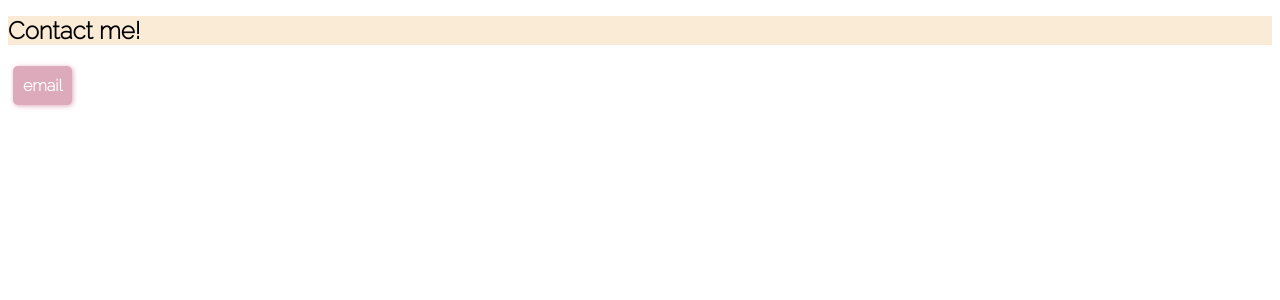
Repository: semileeBCIT/MDIA2109Tut4
Page: /Contact
The author's editor kept a copy of each file at every save. The page is drawn from the files as they stood at one save, then again after the next save.
The browser window is 1280 px wide. The pictures show the whole page.
The project was rebuilt for these pictures with package versions that can differ from the ones it lists, and the page was loaded fresh each time. The framework's server and built-in components were replaced by stand-ins that run in the browser. Also part of the build but not shown: next.config.js.

Above is the page before, as saved 2020-04-21 22:00:54.

### pages/_app.js
// import App from 'next/app'
import './app.css';

function MyApp({ Component, pageProps }) {
    return <Component {...pageProps} />
  }

  // Only uncomment this method if you have blocking data requirements for
  // every single page in your application. This disables the ability to
  // perform automatic static optimization, causing every page in your app to
  // be server-side rendered.
  //
  // MyApp.getInitialProps = async (appContext) => {
  //   // calls page's `getInitialProps` and fills `appProps.pageProps`
  //   const appProps = await App.getInitialProps(appContext);
  //
  //   return { ...appProps }
  // }

  export default MyApp

### pages/_document.js
import Document, { Html, Head, Main, NextScript } from 'next/document';

class MyDocument extends Document {
  static async getInitialProps(ctx) {
    const initialProps = await Document.getInitialProps(ctx)
    return { ...initialProps }
  }

  render() {
    return (
      <Html>
        <Head />
        <body>
          <link href="https://fonts.googleapis.com/css2?family=Raleway:wght@200&display=swap" rel="stylesheet"></link>
          <Main />
          <NextScript />
        </body>
      </Html>
    )
  }
}

export default MyDocument

### pages/Contact/index.js
import {useState, useEffect} from 'react';
import CustomButton from '../../comps/CustomButton';
import Header from '../../comps/Header';
import './contact.css';

var index = 0;
const headers_arr = [
    "Thanks for Contacting Me!",
    "Goodbye",
    "Let me know if you have other questions"
    /*{
        text:"dafda",
        img:"http//img.jpg"
    }*/
]

const Contact = () => {

    //step 1 - create the state variable and the function to update it, and put a default inside
    const [header_text, setHeader] = useState("Contact me!");
    //const [img_url, setImg] = useState("");
    const [pageleft, setLeft] = useState("-100%");
    // const [index, setIndex] = useState(0);

    useEffect(()=>{
        //what to do when it's created/born/beginning of the life cycle
        setTimeout(()=>{
            // document.querySelector("#contact").style.left = 0;
            setLeft(0);
        }, 50)

    }, []);

    useEffect(()=>{
        //what to do when it's created/born/beginning of the life cycle
    },[]);

    useEffect(()=>{
        //what to do something in the page/component updates
        //alert("Hi! Header text has changed")
        setLeft(20);
        setTimeout(()=>{
            setLeft(0);
        }, 500)
    },[header_text]);

    //step 2 - connect the state variable to the UI
    return <div id="contact" style={{left:pageleft}}>
    <Header text={header_text} fontSize={24}/>
    {
     /*
        <img src={img_url} />
    */}
    <CustomButton text='email' onClick={()=>{
        //step 3 - connect the state function() to an interaction / figure out when you want to update the interface
        setHeader(headers_arr[index]);
        //setImg(header_arr)
        index++;
        if(index > headers_arr.length-1){
            index = 0;
        }
        // setLeft("100%");
    }} />

</div>
}

export default Contact;

### pages/app.css
*{
    font-family: 'Raleway', sans-serif;
}

### comps/CustomButton/index.js
import React, {useState, useEffect} from 'react';
import './cb.css';


//Made the UI
const CustomButton = ({text, color, onClick}) => <div
    style={{backgroundColor:color, boxShadow:"1px 1px 5px " + color}}
    className="custom_button_box"
    onClick={onClick}
    >
    <div className="custom_button_box_inner">
        {text}
    </div>
</div>

CustomButton.defaultProps = {
    text:"Default Button",
    color:"#DAB",
    onClick:ButtonClick
}

export default CustomButton;

function ButtonClick(){
    // alert("Clicked");
    //document.query...style.width = "100px";
}

### comps/Header/index.js
//use the same component to change the fontSize
//change the text color of the header
//change the onMouseOver

import React from 'react';
import './header.css';

const Header = ({text,fontSize, color}) => <div
    style={{color:color, fontSize:fontSize }}
    className='header'
    >
    <h1 style={{fontSize:fontSize}}>{text}</h1>
</div>

function MouseOver(){
    alert("mouse is over");
}

Header.defaultProps = {
    fontSize:12,
    color:"#000",
    onMouseOver:MouseOver,
    text:"Header"
}

export default Header;

### pages/Contact/contact.css
#contact {
    position: relative;
    transition: left 1s;
}

### comps/CustomButton/cb.css
.custom_button_box {
    display: inline-flex;
    border-radius: 5px;
    padding: 10px;
    font-weight: bolder;
    color:#fff;
    cursor: pointer;
    box-shadow:1px 1px 5px #dab;
    margin:5px;
}

.custom_button_box:active{
    background-color:#999;
}

.custom_button_box_inner::selection {
    background:none;
    color:none;
}

### comps/Header/header.css
.header{
    background-color: antiquewhite;
    font-size: 16px;
}

After the next save:
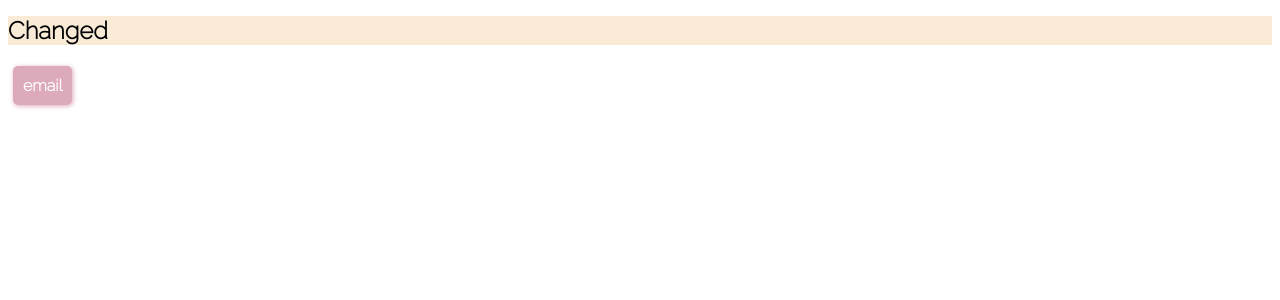
Saved 68 min 14 s later.
--- a/pages/Contact/index.js
+++ b/pages/Contact/index.js
@@ -29,6 +29,10 @@ const Contact = () => {
             setLeft(0);
         }, 50)
 
+        return ()=>{
+            //what to do when the component dies
+        }
+
     }, []);
 
     useEffect(()=>{
@@ -36,13 +40,17 @@ const Contact = () => {
     },[]);
 
     useEffect(()=>{
-        //what to do something in the page/component updates
+        //what to do shen a stae in the page/component updates
         //alert("Hi! Header text has changed")
         setLeft(20);
         setTimeout(()=>{
             setLeft(0);
         }, 500)
     },[header_text]);
+
+    useEffect(()=>{
+        setHeader("Changed");
+    }, [pageleft])
 
     //step 2 - connect the state variable to the UI
     return <div id="contact" style={{left:pageleft}}>
